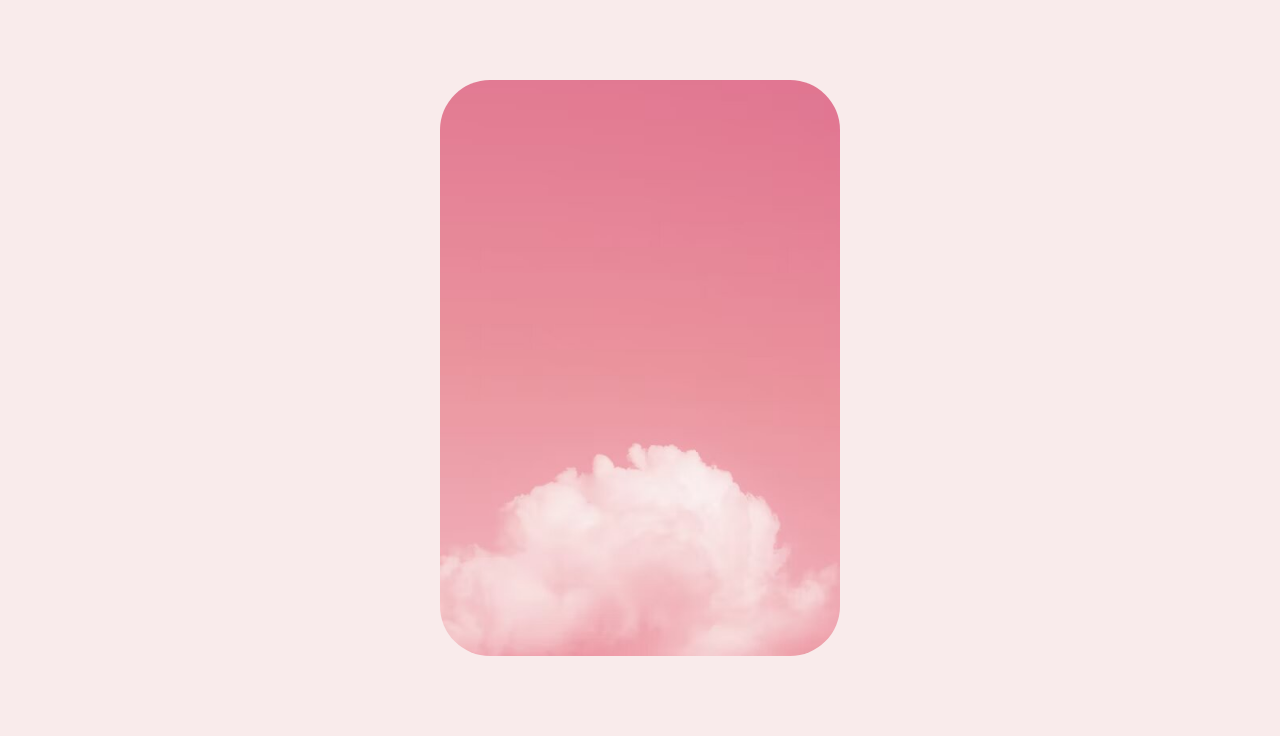
Repository: asya-aisa/grocery-list
Page: /
These files come from the project's save history. The page is drawn as it stood at one moment and after the next save; the edit follows.
The browser window is 1280 px wide. The pictures show the whole page.
The project was rebuilt for these pictures with package versions that can differ from the ones it lists, and the page was loaded fresh each time.

Above is the page before, as saved 2023-07-14 14:54:18.

After the next save:
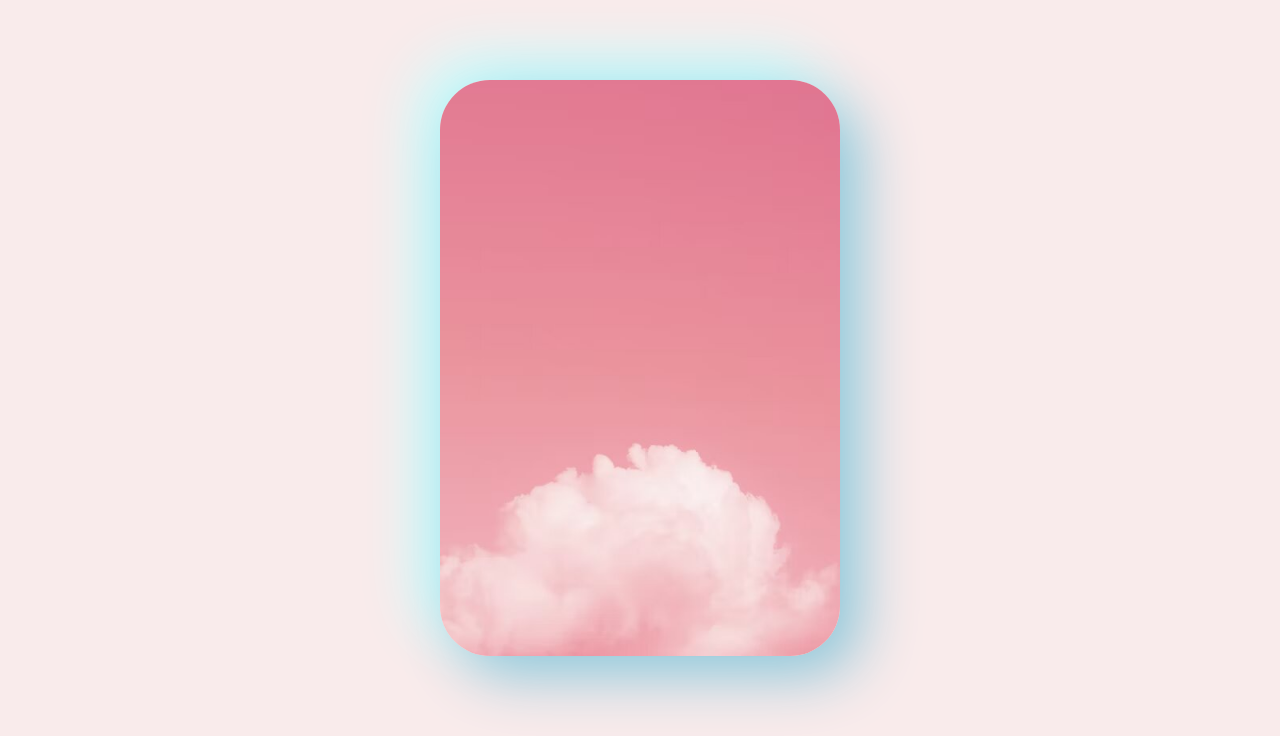
Saved 7 s later.
--- a/src/App.css
+++ b/src/App.css
@@ -7,6 +7,8 @@
   min-height: 80vh;
   margin: 80px auto;
   border-radius: 50px;
+  box-shadow:  20px 20px 60px #8fc6d9,
+             -20px -20px 60px #c1ffff;
 }
 body {
   background-color: #f9ebeb;
